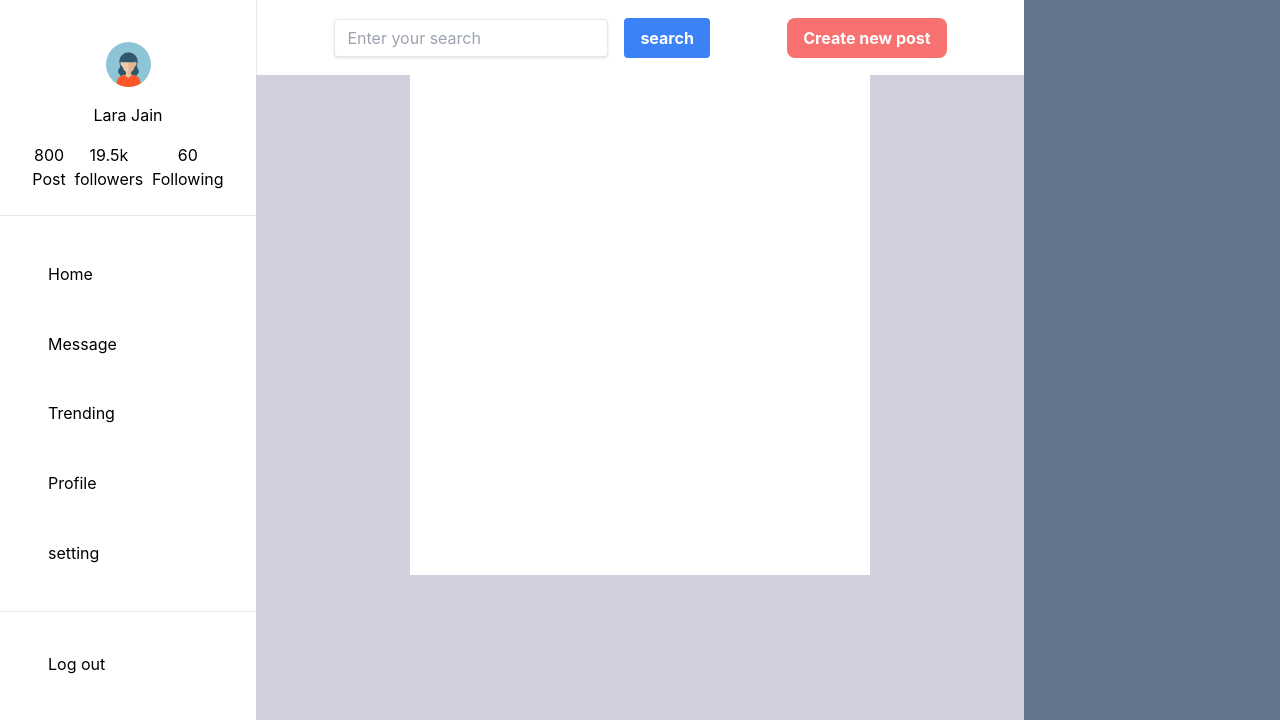
Repository: cosmicswati/upgrad-captions-project
Page: /account/signup
An editor plug-in stored every save of this project. The page is shown before and after the next save, followed by the edit.
The browser window is 1280 px wide. The pictures show the whole page.
The project was rebuilt for these pictures with package versions that can differ from the ones it lists, and the page was loaded fresh each time. Also part of the build but not shown: src/modules/Authorization/Form.jsx, src/modules/Authorization/index.js.

Above is the page before, as saved 2024-04-09 15:14:12.

### src/index.css
@tailwind base;
@tailwind components;
@tailwind utilities;

body {
  margin: 0;
  font-family: -apple-system, BlinkMacSystemFont, 'Segoe UI', 'Roboto', 'Oxygen',
    'Ubuntu', 'Cantarell', 'Fira Sans', 'Droid Sans', 'Helvetica Neue',
    sans-serif;
  -webkit-font-smoothing: antialiased;
  -moz-osx-font-smoothing: grayscale;
}

code {
  font-family: source-code-pro, Menlo, Monaco, Consolas, 'Courier New',
    monospace;
}

.scrollbar-hide::-webkit-scrollbar{
  display: none;
}

### src/App.js
import Auth from "./modules/Authorization";
import Home from "./modules/Home";


function App() {
  return (
    <div>
      {/* <Auth />  */}
      <Home />
    </div>
  );
}

export default App;

### src/modules/Home/index.js
import React from 'react'
import { ReactComponent as Avatar} from '../../assets/Avatar.svg'
import Input from '../../components/Input';
import Button from '../../components/Button';

const Home = () => {
  return (
    <div className='h-screen bg-[#d2cfdf]  flex overflow-hidden'>
        <div className='w-[20%] bg-white flex flex-col'>
            <div className='h-[30%] flex justify-center items-center border-b'>
                <div className='flex flex-col justify-center items-center'>
                    <Avatar width={'45px'} height={'45px'}/>
                    <p className='my-4'>Lara Jain</p>
                    <div className='h-[30px] flex justify-around w-[200px] text-center'>
                        <div className='flex flex-col justify-around items-center'>
                            <h4>800</h4>
                            <p>Post</p>
                        </div>
                        <div>
                            <h4>19.5k</h4>
                            <p>followers</p>
                        </div>
                        <div>
                            <h4>60</h4>
                            <p>Following</p>
                        </div>
                    </div>
                </div>
            </div>
            <div className='h-[55%] flex flex-col justify-evenly pl-12 border-b'>
                    <div>Home</div>
                    <div>Message</div>
                    <div>Trending</div>
                    <div>Profile</div>
                    <div>setting</div>
            </div>
            <div className='h-[15%] pt-10'>
                <div className='ml-12 cursor-pointer'>Log out</div>
            </div>
        </div>
        <div className='w-[60%] overflow-scroll h-full scrollbar-hide'>
            <div className='bg-white h-[75px] border-l flex justify-evenly items-center pt-4'>
                 <div className='flex justify-center items-center'>
                    <Input placeholder='Enter your search '/>
                    <Button label='search'  className='mb-4 ml-4'/>
                 </div>
                 <Button label='Create new post'  className='rounded-lg bg-red-400 hover:bg-red-500 mb-4'/>
            </div>
            <div className='bg-white w-[60%] h-[500px] mx-auto'>

            </div>
        </div>
        <div className='w-[20%] bg-slate-500'></div>
    </div>
  )
}

export default Home

### src/components/Input/index.js
import React from 'react'

const Input = ({
    name = '',
    label ='',
    type ='',
    placeholder =''
}) => {
  return (
    <div class="mb-4">
        {
          label &&
          <label class="block text-gray-700 text-sm font-bold mb-2" for={name}>
             {label}
          </label>
        }

        <input class="shadow apperance-none border rounded w-full py-2 px-3
         text-gray-700 leading-tight focus:outline-none focus:shadow-outline"
         id={name} type={type} placeholder={placeholder} />

    </div>
  )

}

export default Input

### src/components/Button/index.js
import React from 'react'

const Button = ({
    label ='',
    className =''
}) => {
  return (
    <button className={`bg-blue-500 hover:bg-blue-700 text-white font-bold py-2 px-4 rounded ${className}`}>
      {label}
  </button>
  )
}

export default Button

### tailwind.config.js
/** @type {import('tailwindcss').Config} */
module.exports = {
 mode:'jit',
 purge: [
  './public/**/*.html',
  './src/**/*.{js,jsx,ts,tsx,vue}',
 ],
  content: [
    "./src/**/*.{js,jsx,ts,tsx}",
  ],
  theme: {
    extend: {},
  },
  plugins: [],
}

Loaded but not shown: public/index.html (common file); src/index.js (common file); src/reportWebVitals.js (common file)

After the next save:
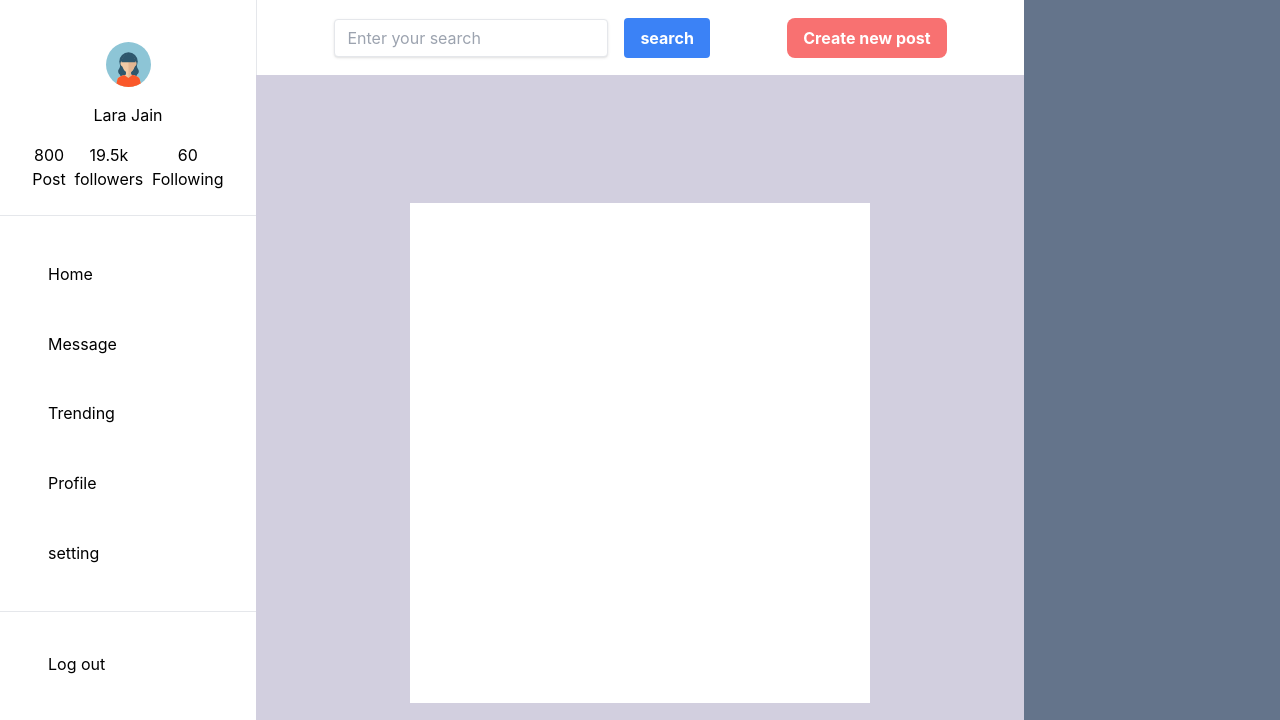
Saved 37 s later.
--- a/src/modules/Home/index.js
+++ b/src/modules/Home/index.js
@@ -46,7 +46,7 @@ const Home = () => {
                  </div>
                  <Button label='Create new post'  className='rounded-lg bg-red-400 hover:bg-red-500 mb-4'/>
             </div>
-            <div className='bg-white w-[60%] h-[500px] mx-auto'>
+            <div className='bg-white w-[60%] h-[500px] mx-auto mt-32'>
 
             </div>
         </div>
